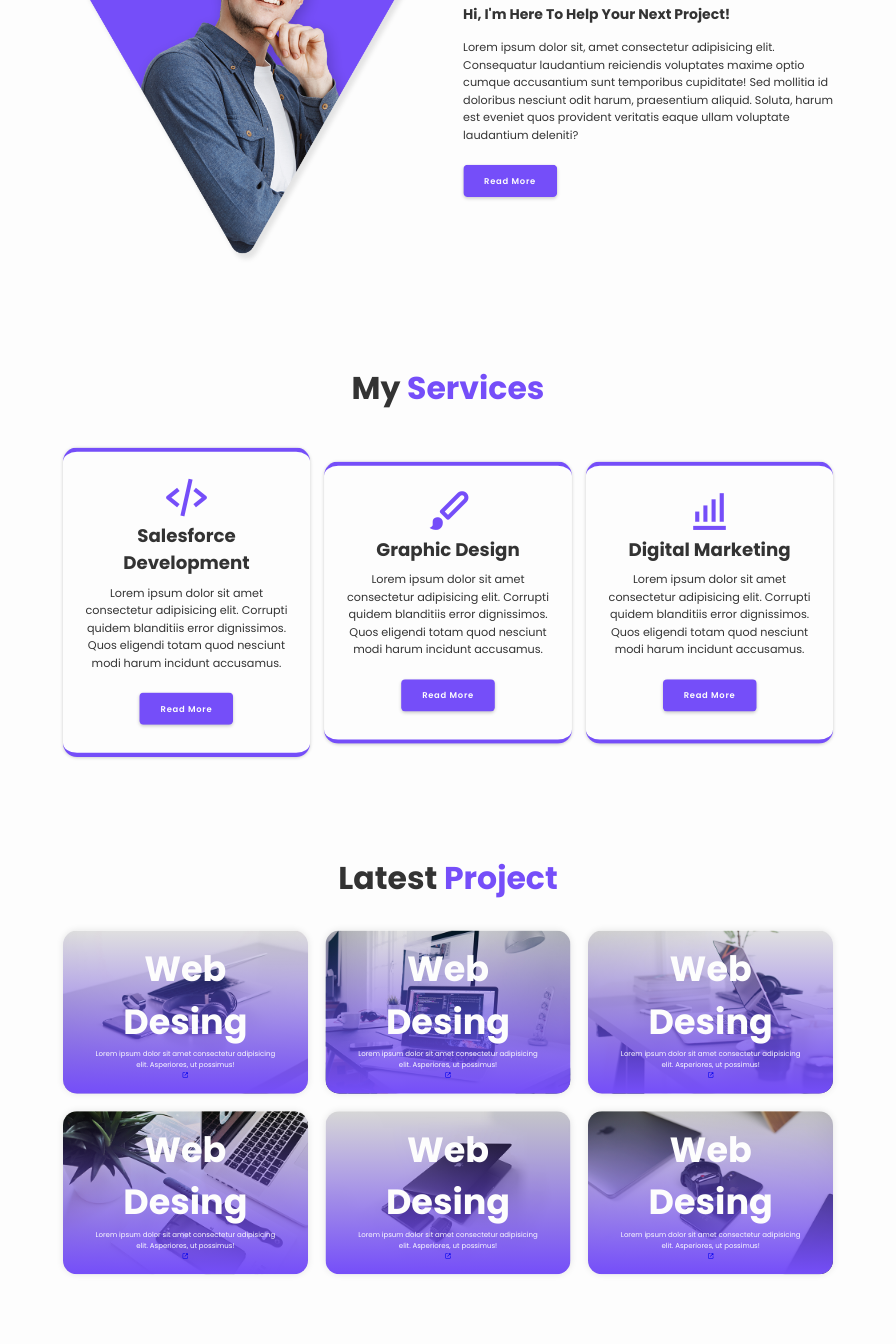
Repository: Gabi-Augusto/Portfolio
Page: index.html
The author's editor kept a copy of each file at every save. The page is drawn from the files as they stood at one save, then again after the next save.
The browser window is 1280 px wide. The pictures show the part of the page from y = 989 to 2909 px (the page is 2909 px tall), at 70% of full size.

Above is the page before, as saved 2023-11-29 19:16:48.

### index.html
<!DOCTYPE html>
<html lang="en">

<head>
    <meta charset="UTF-8">
    <meta http-equiv="X-UA-Compatible" content="IE=edge">
    <meta name="viewport" content="width=device-width, initial-scale=1.0">
    <title>Portfolio Website Design | Gabriela Augusto</title>

    <!-- swiper css -->
    <link rel="stylesheet" href="https://cdn.jsdelivr.net/npm/swiper@9/swiper-bundle.min.css" />

    <!-- box icons -->
    <link href='https://unpkg.com/boxicons@2.1.4/css/boxicons.min.css' rel='stylesheet'>

    <!-- custom css -->
    <link rel="stylesheet" href="css/style.css">
</head>

<body>

    <!-- header design -->
    <header class="header">
        <a href="#" class="logo">Portfolio.</a>

        <nav class="navbar">
            <a href="#home" class="active">Home</a>
            <a href="#about">About</a>
            <a href="#services">Services</a>
            <a href="#portfolio">Portfolio</a>
            <a href="#contact">Contact</a>
        </nav>

        <div class="bx bx-moon" id="darkMode-icon"></div>
    </header>

    <!-- home section design -->
    <section class="home" id="home">
        <div class="home-content">
            <h3>Hello, I am</h3>
            <h1>Gabriela Augusto</h1>
            <p>Lorem ipsum, dolor sit amet consectetur adipisicing elit. Veritatis sequi amet numquam sunt eius quae deleniti dolore voluptatum.</p>

            <div class="social-media">
                <a href="#"><i class='bx bxl-instagram-alt'></i></a>
                <a href="#"><i class='bx bxl-linkedin' ></i></a>
                <a href="#"><i class='bx bxl-github' ></i></a>
            </div>

            <a href="#" class="btn">Download CV</a>
        </div>

        <div class="profession-container">
            <div class="profession-box">
                <div class="profession" style="--i:0;">
                    <i class='bx bx-cloud'></i>
                    <h3>Salesforce Developer</h3>
                </div>
                <div class="profession" style="--i:1;">
                    <i class='bx bx-bulb'></i>
                    <h3>Business Analyst</h3>
                </div>
                <div class="profession" style="--i:2;">
                    <i class='bx bx-palette'></i>
                    <h3>Web Designer</h3>
                </div>
                <div class="profession" style="--i:3;">
                    <i class='bx bx-code-alt' ></i>
                    <h3>FullStack Developer</h3>
                </div>
                <div class="circle"></div>
            </div>
            <div class="overlay"></div>
        </div>
        <div class="home-img">
            <img src="imagens/home.png" alt="">
        </div>
    </section>

    <!-- about section design -->

    <section class="about" id="about">
        <div class="about-img">
            <img src="imagens/about.png" alt="">
        </div>

        <div class="about-content">
            <h2 class="heading">About <span>Me</span></h2>
            <h3>Hi, I'm Here To Help Your Next Project!</h3>
            <p>Lorem ipsum dolor sit, amet consectetur adipisicing elit. Consequatur laudantium reiciendis voluptates maxime optio cumque accusantium sunt temporibus cupiditate! Sed mollitia id doloribus nesciunt odit harum, praesentium aliquid. Soluta, harum est eveniet quos provident veritatis eaque ullam voluptate laudantium deleniti?</p>
            <a href="#" class="btn">Read More</a>
        </div>
    </section>

    <!-- services section design -->

    <section class="services" id="services">
        <h2 class="heading">My <span>Services</span></h2>

        <div class="services-container">
            <div class="services-box">
                <i class='bx bx-code-alt' ></i>
                <h3>Salesforce Development</h3>
                <p>Lorem ipsum dolor sit amet consectetur adipisicing elit. Corrupti quidem blanditiis error dignissimos. Quos eligendi totam quod nesciunt modi harum incidunt accusamus.</p>
                <a href="#" class="btn">Read More</a>
            </div>
            <div class="services-box">
                <i class='bx bxs-paint'></i>
                <h3>Graphic Design</h3>
                <p>Lorem ipsum dolor sit amet consectetur adipisicing elit. Corrupti quidem blanditiis error dignissimos. Quos eligendi totam quod nesciunt modi harum incidunt accusamus.</p>
                <a href="#" class="btn">Read More</a>
            </div>
            <div class="services-box">
                <i class='bx bx-bar-chart-alt'></i>
                <h3>Digital Marketing</h3>
                <p>Lorem ipsum dolor sit amet consectetur adipisicing elit. Corrupti quidem blanditiis error dignissimos. Quos eligendi totam quod nesciunt modi harum incidunt accusamus.</p>
                <a href="#" class="btn">Read More</a>
            </div>
        </div>
    </section>

    <!-- portfolio section design -->

    <section class="portfolio" id="portfolio">
        <h2 class="heading">Latest <span>Project</span></h2>

        <div class="portfolio-container">
            <div class="portfolio-box">
                <img src="imagens/portfolio1.jpg" alt="">

                <div class="portfolio-layer">
                    <h4>Web Desing</h4>
                    <p>Lorem ipsum dolor sit amet consectetur adipisicing elit. Asperiores, ut possimus!</p>
                    <a href="#"><i class='bx bx-link-external' ></i></a>
                </div>
            </div>

            <div class="portfolio-box">
                <img src="imagens/portfolio2.jpg" alt="">

                <div class="portfolio-layer">
                    <h4>Web Desing</h4>
                    <p>Lorem ipsum dolor sit amet consectetur adipisicing elit. Asperiores, ut possimus!</p>
                    <a href="#"><i class='bx bx-link-external' ></i></a>
                </div>
            </div>

            <div class="portfolio-box">
                <img src="imagens/portfolio3.jpg" alt="">

                <div class="portfolio-layer">
                    <h4>Web Desing</h4>
                    <p>Lorem ipsum dolor sit amet consectetur adipisicing elit. Asperiores, ut possimus!</p>
                    <a href="#"><i class='bx bx-link-external' ></i></a>
                </div>
            </div>

            <div class="portfolio-box">
                <img src="imagens/portfolio4.jpg" alt="">

                <div class="portfolio-layer">
                    <h4>Web Desing</h4>
                    <p>Lorem ipsum dolor sit amet consectetur adipisicing elit. Asperiores, ut possimus!</p>
                    <a href="#"><i class='bx bx-link-external' ></i></a>
                </div>
            </div>

            <div class="portfolio-box">
                <img src="imagens/portfolio5.jpg" alt="">

                <div class="portfolio-layer">
                    <h4>Web Desing</h4>
                    <p>Lorem ipsum dolor sit amet consectetur adipisicing elit. Asperiores, ut possimus!</p>
                    <a href="#"><i class='bx bx-link-external' ></i></a>
                </div>
            </div>

            <div class="portfolio-box">
                <img src="imagens/portfolio6.jpg" alt="">

                <div class="portfolio-layer">
                    <h4>Web Desing</h4>
                    <p>Lorem ipsum dolor sit amet consectetur adipisicing elit. Asperiores, ut possimus!</p>
                    <a href="#"><i class='bx bx-link-external' ></i></a>
                </div>
            </div>

        </div>
    </section>

    <!-- testimonial design -->

    <!-- contact section design -->

    <!-- footer design -->


    <!-- scroll reveal -->
    <script src="https://unpkg.com/scrollreveal"></script>

    <!-- swiper js -->
    <script src="https://cdn.jsdelivr.net/npm/swiper@9/swiper-bundle.min.js"></script>

    <!-- custom js -->
    <script src="js/script.js"></script>
</body>

</html>

### css/style.css
@import url('https://fonts.googleapis.com/css2?family=Poppins:wght@300;400;500;600;700;800;900&display=swap');

* {
    margin: 0;
    padding: 0;
    box-sizing: border-box;
    text-decoration: none;
    border: none;
    outline: none;
    scroll-behavior: smooth;
    font-family: 'Poppins', sans-serif;
}

:root {
    --bg-color: #fdfdfd;
    --text-color: #333;
    --main-color: #754ef9;
    --white-color: #fdfdfd;
    --shadow-color: rgba(0, 0, 0, .2);
}

html {
    font-size: 62.5%;
    overflow-x: hidden;
}

body {
    background: var(--bg-color);
    color: var(--text-color);
}

.header {
    position: fixed;
    top: 0;
    left: 0;
    width: 100%;
    padding: 2rem 7%;
    background: transparent;
    display: flex;
    align-items: center;
    z-index: 100;
    transition: .5s;
}

.header.sticky {
    background: var(--bg-color);
    box-shadow: 0 .1rem 1rem var(--shadow-color);
}

.logo {
    font-size: 2.5rem;
    color: var(--main-color);
    font-weight: 600;
    cursor: default;
    margin-right: auto;
}

.navbar a {
    position: relative;
    font-size: 1.7rem;
    color: var(--white-color);
    font-weight: 500;
    margin-right: 3.5rem;
}

.header.sticky .navbar a {
    color: var(--text-color);
}

.header.sticky .navbar a.active {
    color: var(--main-color);
}

.navbar a.active::before{
    content: '';
    position: absolute;
    left: 0;
    bottom: -6px;
    width: 100%;
    height: .2rem;
    background: var(--white-color);
}

.header.sticky .navbar a::before {
    background: var(--main-color);
    opacity: .7;
}

#darkMode-icon {
    font-size: 2.4rem;
    color: var(--white-color);
    cursor: pointer;
}

.header.sticky #darkMode-icon{
    color: var(--text-color);
    opacity: .9;
}

section {
    min-height: 100vh;
    padding: 7rem 7% 2rem;
}

.home {
    display: flex;
    align-items: center;
}

.home .home-content {
    max-width: 44rem;
}

.home-content h3 {
    font-size: 3.2rem;
    font-weight: 700;
    line-height: .3;
}

.home-content h1 {
    font-size: 4.8rem;
    font-weight: 700;
    margin-bottom: .3rem;
}

.home-content p {
    font-size: 1.6rem;
}

.home-content .social-media a {
    display: inline-flex;
    justify-content: center;
    align-items: center;
    width: 4rem;
    height: 4rem;
    background: transparent;
    border: .2rem solid var(--main-color);
    border-radius: 50%;
    box-shadow: 0 .2rem .5rem  var(--shadow-color);
    font-size: 2rem;
    color: var(--main-color);
    margin: 2.5rem 1.5rem 3rem 0;
    transition: .5s ease;
}

.home-content .social-media a:hover {
    background: var(--main-color);
    color: var(--white-color);
}

.btn {
    display: inline-block;
    padding: 1.2rem 2.8rem;
    background: var(--main-color);
    border-radius: .6rem;
    box-shadow: 0 .2rem .5rem var(--shadow-color);
    font-size: 1.2rem;
    color: var(--white-color);
    letter-spacing: .1rem;
    font-weight: 600;
    border: .2rem solid transparent;
    transition: .5s ease;
}

.btn:hover {
    background: transparent;
    color: var(--main-color);
    border-color: var(--main-color);
}

.home .profession-container {
    position: absolute;
    top: 48%;
    right: 30px;
    transform: translateY(-50%);
    width: 680px;
    height: 680px;
    overflow: hidden;
    pointer-events: none;
}

.home .profession-container .profession-box {
    position: absolute;
    top: 0;
    right: 0;
    width: 680px;
    height: 680px;
    border-radius: 50%;
    display: flex;
    justify-content: center;
    align-items: center;
}

.home .profession-box .profession {
    position: absolute;
    left: 0;
    display: flex;
    align-items: center;
    flex-direction: column;
    color: var(--main-color);
    transform: rotate(calc(360deg / 4 * var(--i)));
    transform-origin: 340px;
    background: var(--bg-color);
    padding: 13px 0;
}

.home .profession-box .profession:nth-child(1) i {
    margin-right: 15px;
}

.home .profession-box .profession:nth-child(2),
.home .profession-box .profession:nth-child(4) {
    padding-bottom: 20px;
}

.home .profession i {
    font-size: 3.8rem;
}

.home .profession h3 {
    font-size: 2.4rem;
    line-height: 1;
    font-weight: 600;
}

.home .profession-box .circle {
    width: 520px;
    height: 520px;
    border: 3px solid var(--main-color);
    border-radius: 50%;
}

.home .profession-container .overlay {
    position: absolute;
    top: 0;
    right: 0;
    width: 0;
    height: 0;
    border-top: 340px solid var(--main-color);
    border-right: 340px solid var(--main-color);
    border-bottom: 340px solid var(--main-color);
    border-left: 340px solid transparent;
}

.home-img img {
    position: absolute;
    bottom: 0;
    top: 83px;
    right: 70px;
    width: 29%;
    pointer-events: none;
}

span {
    color: var(--main-color);
}

.about {
    display: flex;
    justify-content: center;
    align-items: center;
    gap: 6rem;
}

.about-img img {
    width: 40vw;
}

.heading {
    font-size: 4.5rem;
    text-align: center;
}

.about-content h2 {
    text-align: left;
    line-height: 1.2;
}

.about-content h3 {
    font-size: 2rem;
}

.about-content p {
    font-size: 1.6rem;
    margin: 2rem 0 3rem;
}

.services {
    min-height: auto;
    padding-bottom: 7rem;
}

.services h2 {
    margin-bottom: 5rem;
}

.services .services-container {
    display: flex;
    justify-content: center;
    align-items: center;
    flex-wrap: wrap;
    gap: 2rem;
}

.services-container .services-box {
    flex: 1 1 30rem;
    background: var(--bg-color);
    padding: 3rem 2rem 4rem;
    border-radius: 2rem;
    box-shadow: 0 .1rem .5rem var(--shadow-color);
    text-align: center;
    border-top: .6rem solid var(--main-color);
    border-bottom: .6rem solid var(--main-color);
    transition: .5s ease;
}

.services-container .services-box:hover {
    box-shadow: 0 .1rem 2rem var(--shadow-color);
    transform: scale(1.02);
}

.services-box i {
    font-size: 7rem;
    color: var(--main-color);
}

.services-box h3 {
    font-size: 2.6rem;
    transition: .5s ease;
}

.services-box:hover h3 {
    color: var(--main-color);
}

.services-box p {
    font-size: 1.6rem;
    margin: 1rem 0 3rem;
}

.portfolio {
    padding-bottom: 10rem;
}

.portfolio h2 {
    margin-bottom: 4rem;
}

.portfolio .portfolio-container {
    display: grid;
    grid-template-columns: repeat(3, 1fr);
    align-items: center;
    gap: 2.5rem;
}

.portfolio-container .portfolio-box{
    position: relative;
    display: flex;
    border-radius: 2rem;
    box-shadow: 0 0 1rem rgba(0, 0, 0, .1);
    overflow: hidden;
}

.portfolio-box img {
    width: 100%;
}

.portfolio-box .portfolio-layer {
    position: absolute;
    bottom: 0;
    left: 0;
    width: 100%;
    height: 100%;
    background: linear-gradient(rgba(0, 0, 0, .1), var(--main-color));
    color: var(--white-color);
    display: flex;
    justify-content: center;
    align-items: center;
    flex-direction: column;
    text-align: center;
    padding: 0 4rem;
}

.portfolio-layer h4 {
    font-size: 5rem;
}

### js/script.js
/*========== menu icon navbar ==========*/
let menuIcon = document.querySelector('#menu-icon');
let navbar = document.querySelector('.navbar');


/*========== scroll sections active link ==========*/
let sections = document.querySelectorAll('section');
let navLinks = document.querySelectorAll('header nav a');

window.onscroll = () => {
    /*========== sticky navbar ==========*/
    let header = document.querySelector('.header');

    header.classList.toggle('sticky', window.scrollY > 100);
    /*========== remove menu icon navbar when click navbar link (scroll) ==========*/
};


/*========== swiper ==========*/


/*========== dark light mode ==========*/


/*========== scroll reveal ==========*/

After the next save:
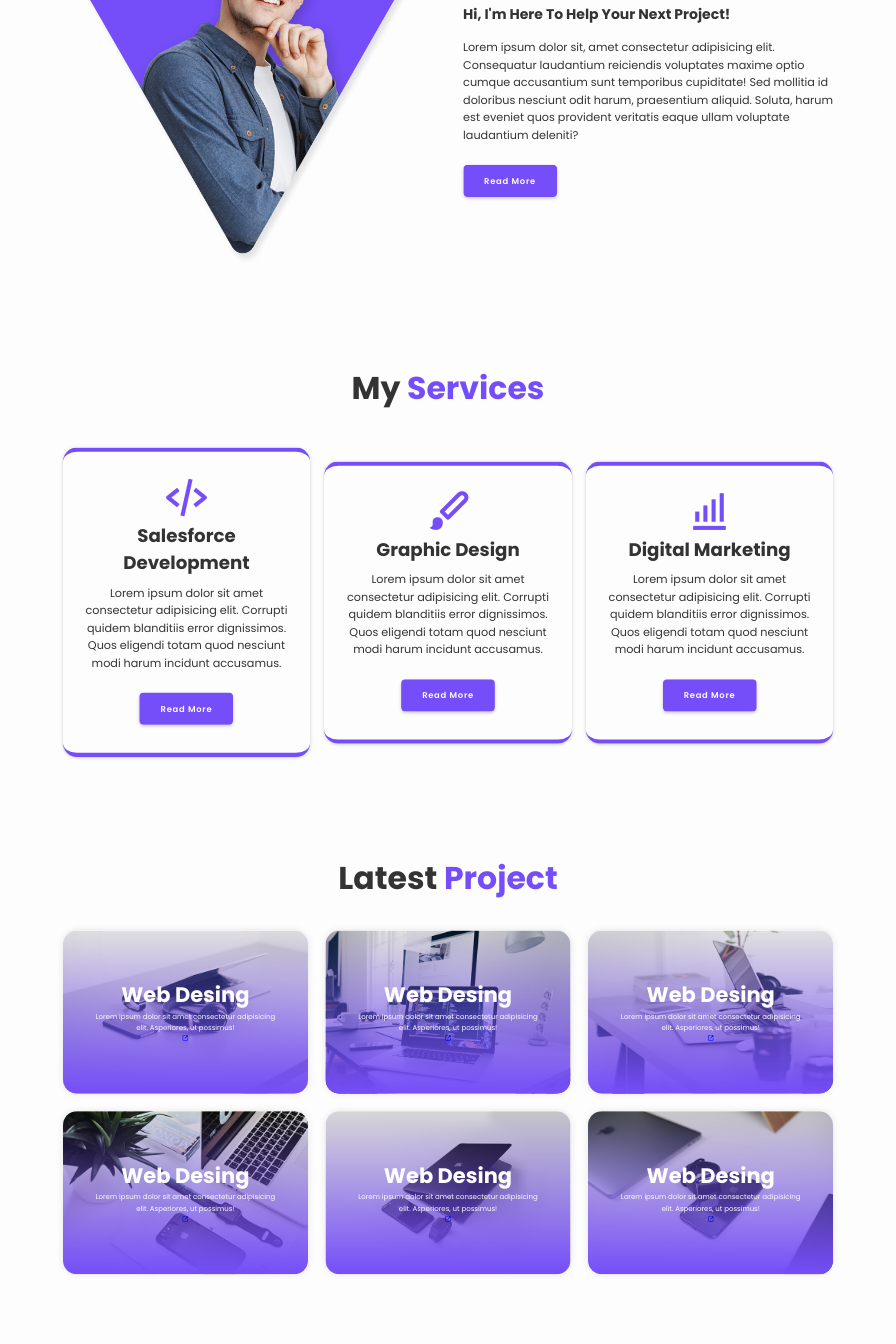
Saved 29 s later.
--- a/css/style.css
+++ b/css/style.css
@@ -382,5 +382,5 @@ span {
 }
 
 .portfolio-layer h4 {
-    font-size: 5rem;
-}
+    font-size: 3rem;
+}
